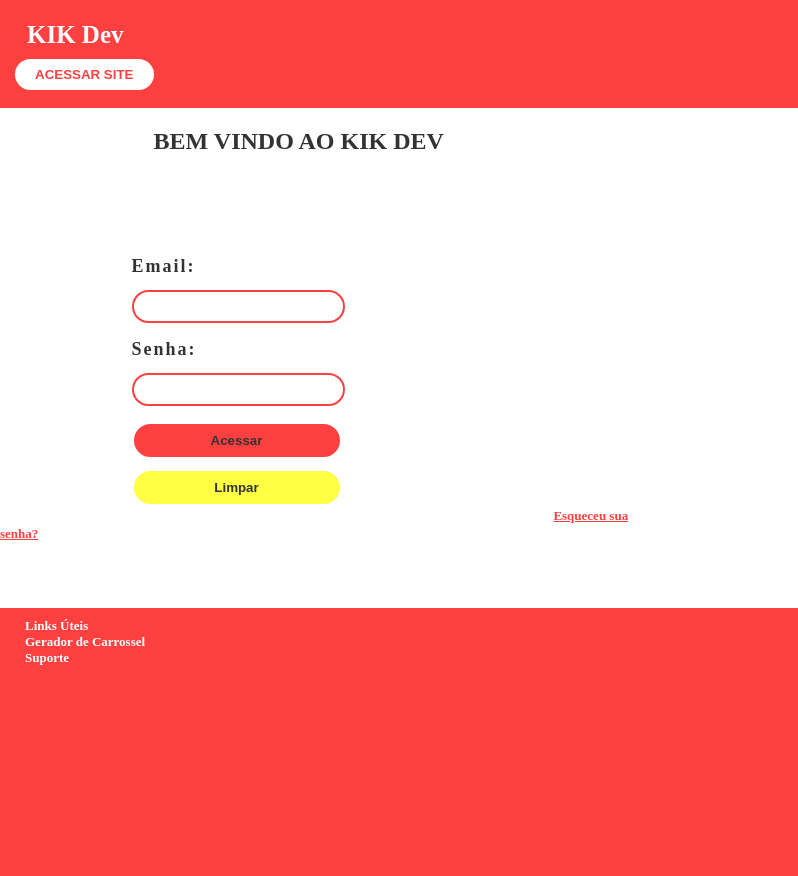
Repository: devgabrielvieira/kikdev
Page: index.html
The author's editor kept a copy of each file at every save. The page is drawn from the files as they stood at one save, then again after the next save.
The browser window is 768 px wide. The page is 798 px wide, so the pictures cover 798 px, including what lies to the right of the window. The pictures show the whole page.

Above is the page before, as saved 2022-10-30 18:55:21.

After the next save:
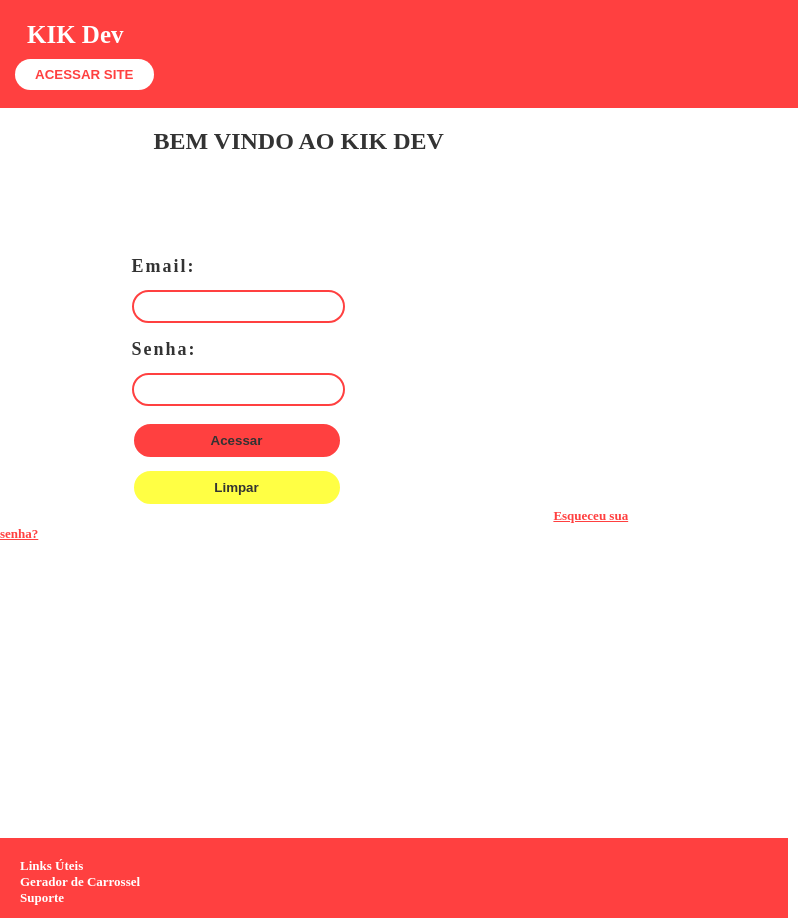
Saved 15 s later.
--- a/style-mobile.css
+++ b/style-mobile.css
@@ -43,9 +43,9 @@
     float: none;
     display: block;
     position: relative;
-    padding: 10px 15px;
-    height: 15.5rem;
+    height: 2.5rem;
     width: 100%;
+    bottom: -280px;
   }
 
   /* .conteudo img {
